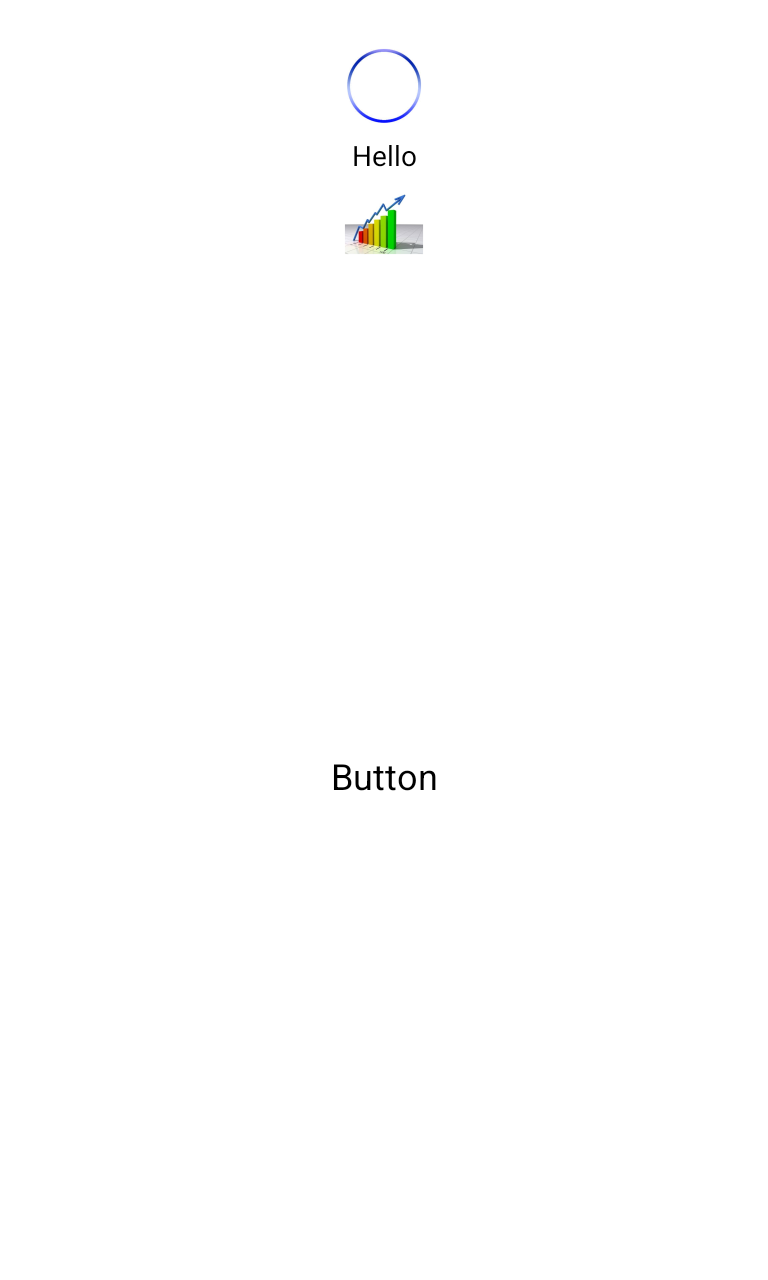
Repository: lmqs/ProjetoDisciplinaTopicos
Layout: TopicosProjetoAndroid/res/layout/item_resultado_prova.xml
These files come from the project's save history. The layout is drawn as it stood at one moment and after the next save; the edit follows.
It is drawn on a 768 x 1280 px phone screen (xhdpi) without system bars, with theme AppTheme; the app's code is not run.

Above is the layout before, as saved 2014-05-04 03:26:19.

After the next save:
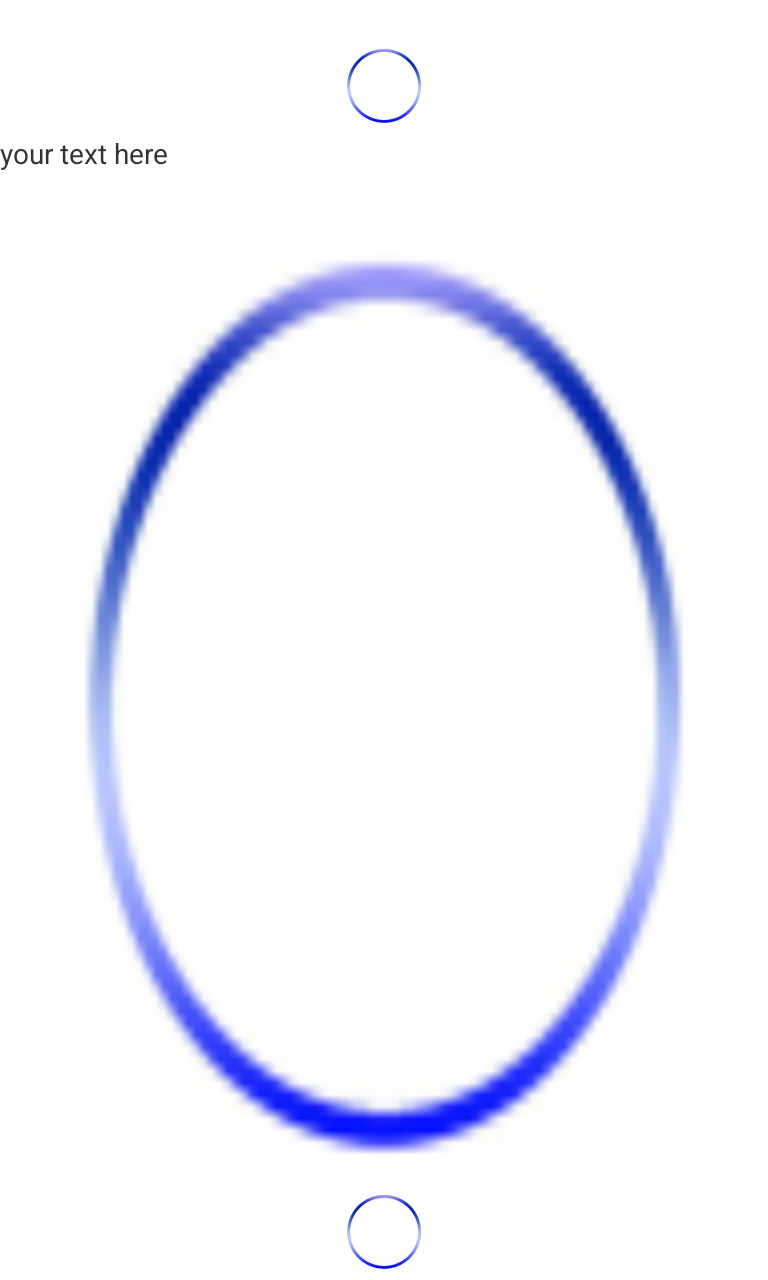
Saved 3 min 19 s later.
--- a/TopicosProjetoAndroid/res/layout/item_resultado_prova.xml
+++ b/TopicosProjetoAndroid/res/layout/item_resultado_prova.xml
@@ -40,17 +40,11 @@
         android:src="@drawable/ciruclo" />
 
     <TextView
-        android:id="@+id/myImageViewText"
-        android:layout_width="wrap_content"
-        android:layout_height="wrap_content"
-        android:layout_alignBottom="@+id/imageView1"
-        android:layout_alignLeft="@+id/imageView1"
-        android:layout_alignRight="@+id/imageView1"
-        android:layout_alignTop="@+id/imageView1"
-        android:layout_margin="1dp"
-        android:gravity="center"
-        android:text="Hello"
-        android:textColor="#000000" />
+        android:layout_width="fill_parent"
+        android:layout_height="fill_parent"
+        android:background="@drawable/ciruclo"
+        android:drawableBottom="@drawable/ciruclo"
+        android:text="your text here" />
 
     <Button
         android:id="@+id/button1"
